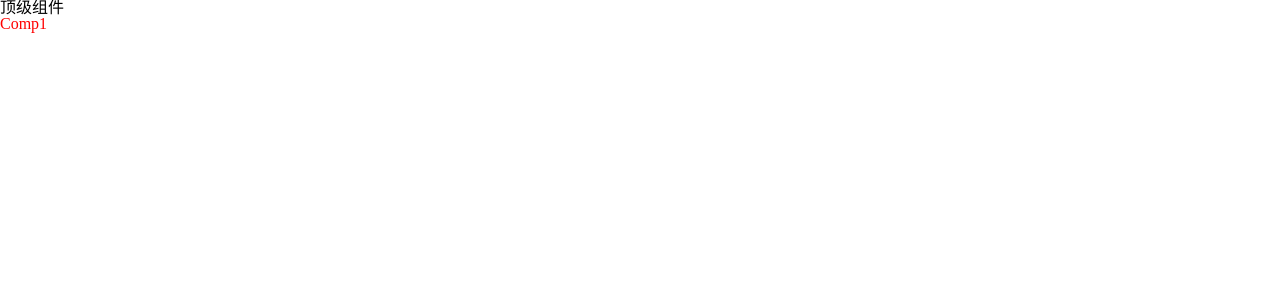
Repository: xzm1997/admin-management
Page: /
An editor plug-in stored every save of this project. The page is shown before and after the next save, followed by the edit.
The browser window is 1280 px wide. The pictures show the whole page.
The project was rebuilt for these pictures with package versions that can differ from the ones it lists, and the page was loaded fresh each time. Also part of the build but not shown: vite.config.ts.

Above is the page before, as saved 2023-03-28 16:10:51.

### src/main.tsx
import React from 'react'
import ReactDOM from 'react-dom/client'
import "reset-css"    // 置于APP前，防止样式覆盖
import "@/assets/styles/global.scss"
import App from './App'

ReactDOM.createRoot(document.getElementById('root') as HTMLElement).render(
  <React.StrictMode>
    <App />
  </React.StrictMode>,
)

### src/assets/styles/global.scss
$color:#fff;
body {
  background-color: $color;
  // 禁用文字选中
  user-select: none;
}
img {
  -webkit-user-drag: none;
}

### src/App.tsx
import { useState } from 'react'
import Comp1 from './components/Comp1'

function App() {
  const [count, setCount] = useState(0)

  return (
    <div className="App">
      顶级组件
      <Comp1></Comp1>
    </div>
  )
}

export default App

### src/components/Comp1/index.tsx
// import "./comp1.scss"    // 全局引入，会影响其它组件
// 模块化引入
import styles from "./comp1.module.scss"

function Comp() {
  return (
    <div className={styles.box}>
      <p>Comp1</p>
    </div>
  )
}

export default Comp

### src/components/Comp1/comp1.module.scss
.box {
  color: red;
}

Loaded but not shown: index.html (common file)

After the next save:
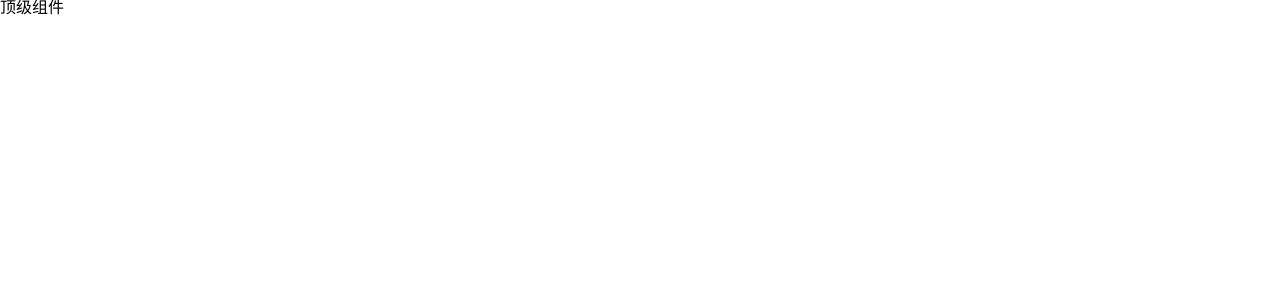
Saved 21 min 20 s later.
--- a/src/components/Comp1/index.tsx
+++ b/src/components/Comp1/index.tsx
@@ -5,7 +5,7 @@ import styles from "./comp1.module.scss"
 function Comp() {
   return (
     <div className={styles.box}>
-      <p>Comp1</p>
+
     </div>
   )
 }
